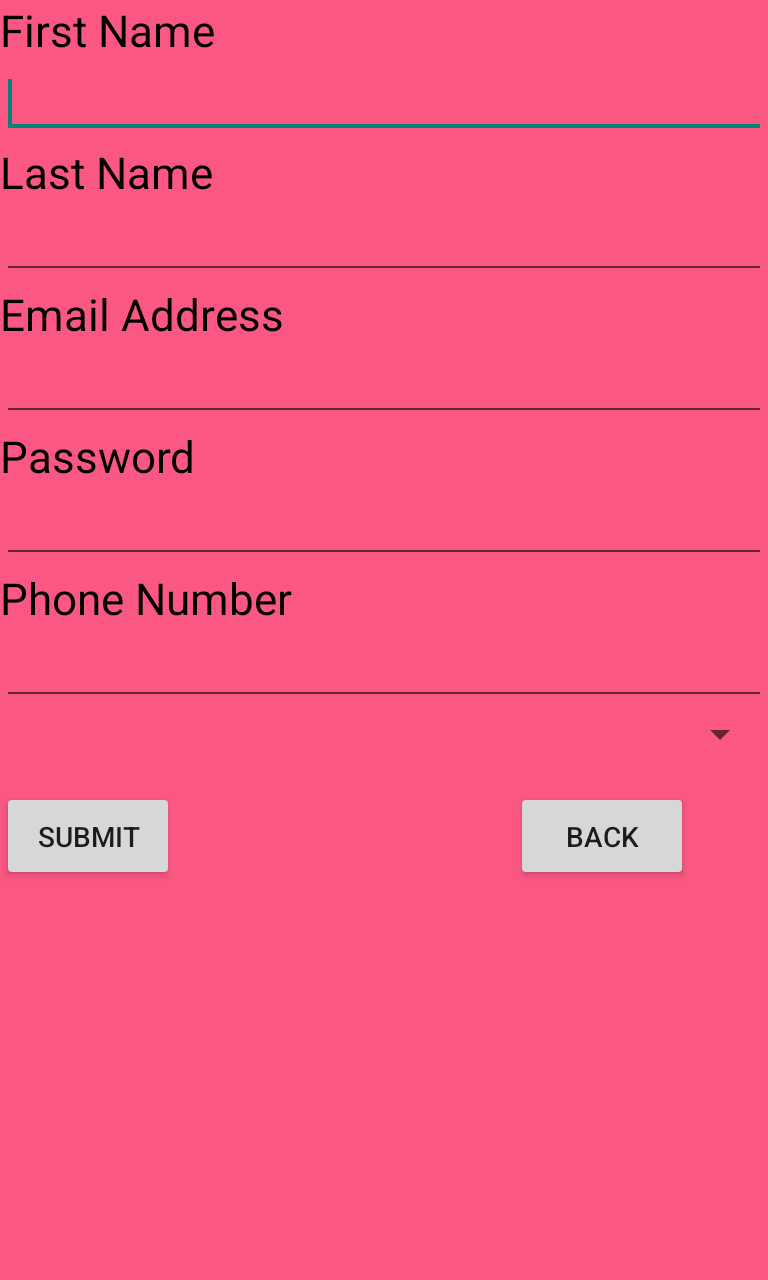
Repository: Clarenaliaka/code-challenge
Layout: ModernMum/res/layout/register.xml
An editor plug-in stored every save of this project. The layout is shown before and after the next save, followed by the edit.
It is drawn on a 768 x 1280 px phone screen (xhdpi) without system bars, with theme AppTheme; the app's code is not run.

Above is the layout before, as saved 2014-08-01 08:48:52.

After the next save:
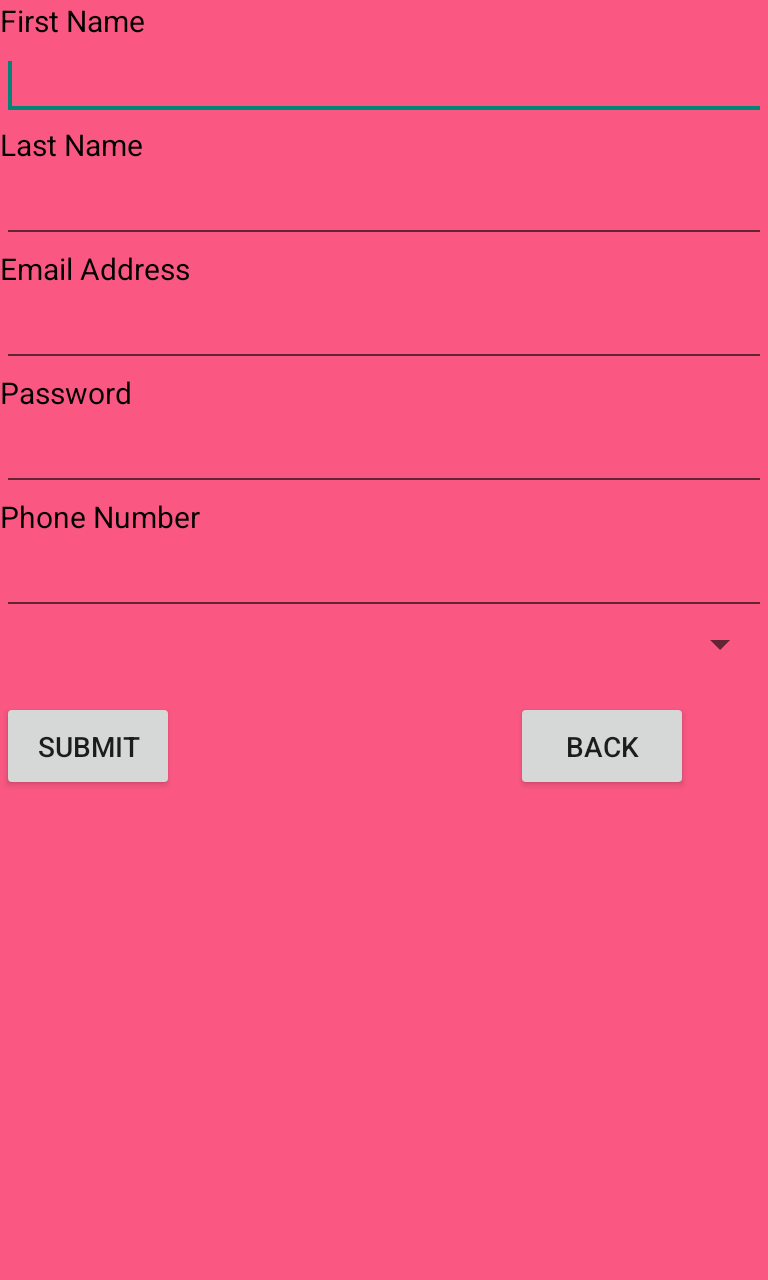
Saved 3 min 46 s later.
--- a/ModernMum/res/layout/register.xml
+++ b/ModernMum/res/layout/register.xml
@@ -10,7 +10,7 @@
         android:layout_width="wrap_content"
         android:layout_height="wrap_content"
         android:text="@string/first"
-        android:textSize="22sp"
+        android:textSize="15sp"
         android:textColor="@color/black"/>
 
     <EditText
@@ -27,7 +27,7 @@
         android:layout_width="wrap_content"
         android:layout_height="wrap_content"
         android:text="@string/last"
-        android:textSize="22sp"
+        android:textSize="15sp"
         android:textColor="@color/black" />
 
     <EditText
@@ -41,7 +41,7 @@
         android:layout_width="wrap_content"
         android:layout_height="wrap_content"
         android:text="@string/email"
-         android:textSize="22sp"
+        android:textSize="15sp"
         android:textColor="@color/black" />
 
     <EditText
@@ -56,7 +56,7 @@
         android:layout_width="wrap_content"
         android:layout_height="wrap_content"
         android:text="@string/Password"
-         android:textSize="22sp"
+        android:textSize="15sp"
         android:textColor="@color/black" />
 
     <EditText
@@ -71,7 +71,7 @@
         android:layout_width="wrap_content"
         android:layout_height="wrap_content"
         android:text="@string/phone"
-         android:textSize="22sp"
+        android:textSize="15sp"
         android:textColor="@color/black"/>
 
     <EditText
